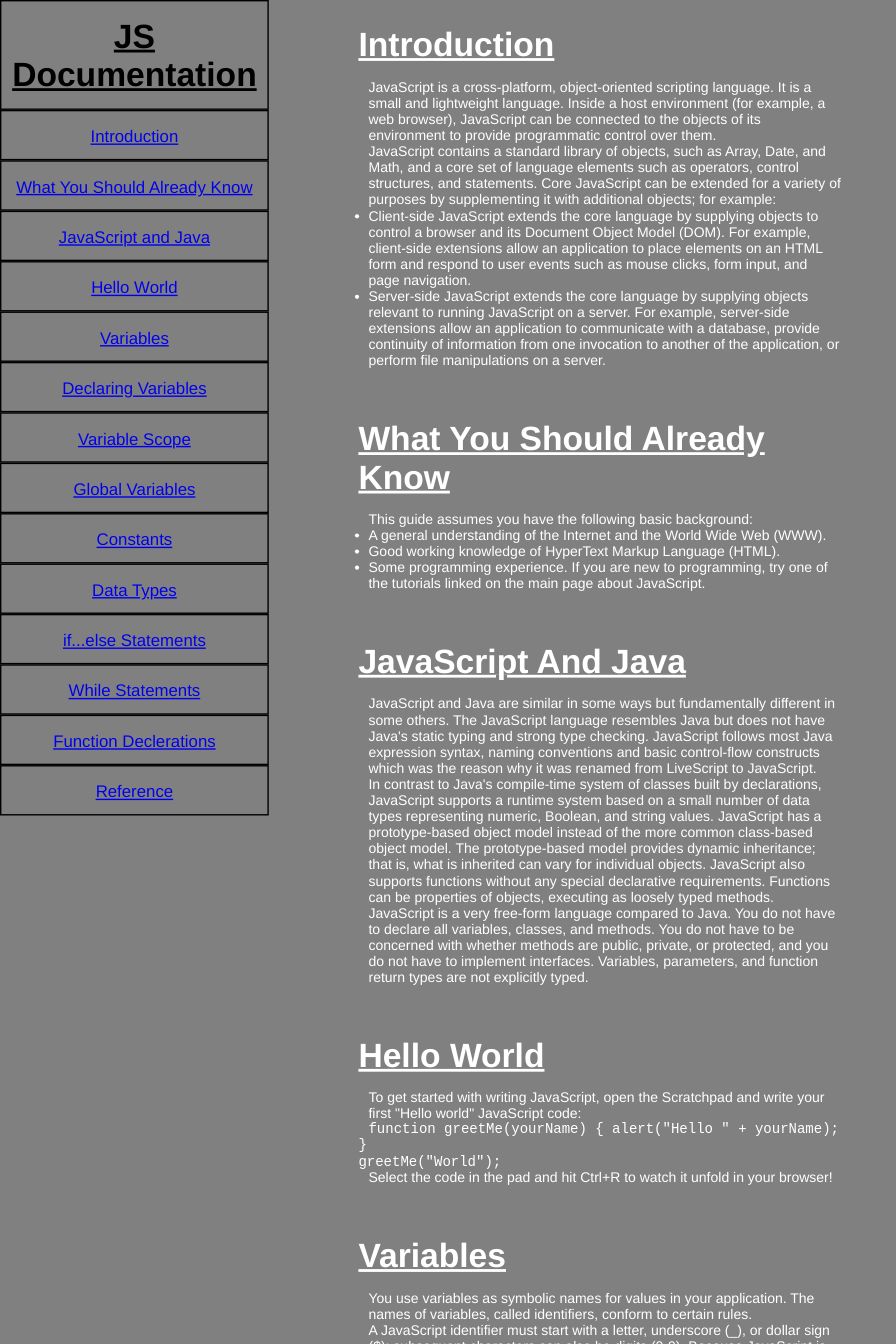
Repository: ctcoleman/technicalDocumentationPage
Page: index.html
The author's editor kept a copy of each file at every save. The page is drawn from the files as they stood at one save, then again after a run of saves.
The browser window is 1280 px wide. The pictures show the part of the page from y = 0 to 1920 px (the page is 5643 px tall before and 5897 px after), at 70% of full size.

Above is the page before, as saved 2020-07-10 20:04:33.

### index.html
<!DOCTYPE html>
<html lang="en">

<head>
  <meta charset="UTF-8">
  <meta name="viewport" content="width=device-width, initial-scale=1.0">
  <title>FCC: Technical Documentation Page</title>
  <link type="text/css" rel="stylesheet" href="/assets/stylesheets/style.css">
</head>

<body>

  <nav id="navbar">
    <header id="main-heading">
      <h1>JS Documentation</h1>
    </header>
    <div class="nav-container">
      <a class="nav-link" href="#introduction">Introduction</a>
      <a class="nav-link" href="#what_you_should_already_know">What You Should Already Know</a>
      <a class="nav-link" href="#javaScript_and_java">JavaScript and Java</a>
      <a class="nav-link" href="#hello_world">Hello World</a>
      <a class="nav-link" href="#variables">Variables</a>
      <a class="nav-link" href="#declaring_variables">Declaring Variables</a>
      <a class="nav-link" href="#variable_scope">Variable Scope</a>
      <a class="nav-link" href="#global_variables">Global Variables</a>
      <a class="nav-link" href="#constants">Constants</a>
      <a class="nav-link" href="#data_types">Data Types</a>
      <a class="nav-link" href="#if...else_statements">if...else Statements</a>
      <a class="nav-link" href="#while_statements">While Statements</a>
      <a class="nav-link" href="#function_declerations">Function Declerations</a>
      <a class="nav-link" href="#reference">Reference</a>
    </div>
  </nav>

  <main id="main-doc">

    <section class="main-section" id="introduction">
      <header class="topic-header">
        <h2>Introduction</h2>
      </header>
      <article>
        <p>
          JavaScript is a cross-platform, object-oriented scripting language. It is a small and lightweight language.
          Inside a host environment (for example, a web browser), JavaScript can be connected to the objects of its
          environment to provide programmatic control over them.
        </p>
        <p>
          JavaScript contains a standard library of objects, such as Array, Date, and Math, and a core set of language
          elements such as operators, control structures, and statements. Core JavaScript can be extended for a variety
          of purposes by supplementing it with additional objects; for example:
        <ul>
          <li>Client-side JavaScript extends the core language by supplying objects to control a browser and its
            Document Object Model (DOM). For example, client-side extensions allow an application to place elements on
            an HTML form and respond to user events such as mouse clicks, form input, and page navigation.</li>
          <li>Server-side JavaScript extends the core language by supplying objects relevant to running JavaScript on a
            server. For example, server-side extensions allow an application to communicate with a database, provide
            continuity of information from one invocation to another of the application, or perform file manipulations
            on a server.</li>
        </ul>
        </p>
      </article>
    </section>

    <section class="main-section" id="what_you_should_already_know">
      <header class="topic-header">
        <h2>What You Should Already Know</h2>
      </header>
      <article>
        <p>
          This guide assumes you have the following basic background:
        <ul>
          <li>A general understanding of the Internet and the World Wide Web (WWW).
          </li>
          <li>Good working knowledge of HyperText Markup Language (HTML).
          </li>
          <li>Some programming experience. If you are new to programming, try one of the tutorials linked on the main
            page about JavaScript.
          </li>
        </ul>
        </p>
      </article>
    </section>

    <section class="main-section" id="javaScript_and_java">
      <header class="topic-header">
        <h2>JavaScript And Java</h2>
      </header>
      <article>
        <p>
          JavaScript and Java are similar in some ways but fundamentally different in some others. The JavaScript
          language resembles Java but does not have Java's static typing and strong type checking. JavaScript follows
          most Java expression syntax, naming conventions and basic control-flow constructs which was the reason why it
          was renamed from LiveScript to JavaScript.
        </p>
        <p>
          In contrast to Java's compile-time system of classes built by declarations, JavaScript supports a runtime
          system based on a small number of data types representing numeric, Boolean, and string values. JavaScript has
          a prototype-based object model instead of the more common class-based object model. The prototype-based model
          provides dynamic inheritance; that is, what is inherited can vary for individual objects. JavaScript also
          supports functions without any special declarative requirements. Functions can be properties of objects,
          executing as loosely typed methods.
        </p>
        <p>
          JavaScript is a very free-form language compared to Java. You do not have to declare all variables, classes,
          and methods. You do not have to be concerned with whether methods are public, private, or protected, and you
          do not have to implement interfaces. Variables, parameters, and function return types are not explicitly
          typed.
        </p>
      </article>
    </section>

    <section class="main-section" id="hello_world">
      <header class="topic-header">
        <h2>Hello World</h2>
      </header>
      <article>
        <p>
          To get started with writing JavaScript, open the Scratchpad and write your first "Hello world" JavaScript
          code:
        </p>
        <code>
          function greetMe(yourName) { alert("Hello " + yourName); }<br>
          greetMe("World");
        </code>
        <p>
          Select the code in the pad and hit Ctrl+R to watch it unfold in your browser!
        </p>
      </article>
    </section>

    <section class="main-section" id="variables">
      <header class="topic-header">
        <h2>Variables</h2>
      </header>
      <article>
        <p>
          You use variables as symbolic names for values in your application. The names of variables, called
          identifiers, conform to certain rules.
        </p>
        <p>
          A JavaScript identifier must start with a letter, underscore (_), or dollar sign ($); subsequent characters
          can also be digits (0-9). Because JavaScript is case sensitive, letters include the characters "A" through "Z"
          (uppercase) and the characters "a" through "z" (lowercase).
        </p>
        <p>
          You can use ISO 8859-1 or Unicode letters such as å and ü in identifiers. You can also use the Unicode escape
          sequences as characters in identifiers. Some examples of legal names are Number_hits, temp99, and _name.
        </p>
      </article>
    </section>

    <section class="main-section" id="declaring_variables">
      <header class="topic-header">
        <h2>Declaring Variables</h2>
      </header>
      <article>
        <p>
          You can declare a variable in three ways:
        </p>
        <p>
          With the keyword var. For example,
          <code> var x = 42</code>
          This syntax can be used to declare both local and global variables.
        </p>
        <p>
          By simply assigning it a value. For example,
          <code>x = 42</code>
          This always declares a global variable. It generates a strict JavaScript warning. You shouldn't use this
          variant.
        </p>
        <p>
          With the keyword let. For example,
          <code>let y = 13</code>
          This syntax can be used to declare a block scope local variable. See Variable scope below.
        </p>
      </article>
    </section>

    <section class="main-section" id="variable_scope">
      <header class="topic-header">
        <h2>Variable Scope</h2>
      </header>
      <article>
        <p>
          When you declare a variable outside of any function, it is called a global variable, because it is available
          to any other code in the current document. When you declare a variable within a function, it is called a local
          variable, because it is available only within that function.
        </p>
        <p>
          JavaScript before ECMAScript 2015 does not have block statement scope; rather, a variable declared within a
          block is local to the function (or global scope) that the block resides within. For example the following code
          will log 5, because the scope of x is the function (or global context) within which x is declared, not the
          block, which in this case is an if statement.
          <code>if (true) { var x = 5; } console.log(x); // 5</code>
        </p>
        <p>
          This behavior changes, when using the let declaration introduced in ECMAScript 2015.
          <code>if (true) { let y = 5; } console.log(y); // ReferenceError: y is not<br>
          defined</code>
        </p>
      </article>
    </section>

    <section class="main-section" id="global_variables">
      <header class="topic-header">
        <h2>Global Variables</h2>
      </header>
      <article>
        <p>
          Global variables are in fact properties of the global object. In web pages the global object is window, so you
          can set and access global variables using the window.variable syntax.
        </p>
        <p>
          Consequently, you can access global variables declared in one window or frame from another window or frame by
          specifying the window or frame name. For example, if a variable called phoneNumber is declared in a document,
          you can refer to this variable from an iframe as parent.phoneNumber.
        </p>
      </article>
    </section>

    <section class="main-section" id="constants">
      <header class="topic-header">
        <h2>Constants</h2>
      </header>
      <article>
        <p>
          You can create a read-only, named constant with the const keyword. The syntax of a constant identifier is the
          same as for a variable identifier: it must start with a letter, underscore or dollar sign and can contain
          alphabetic, numeric, or underscore characters.
          <code>const PI = 3.14;</code>
        </p>
        <p>
          A constant cannot change value through assignment or be re-declared while the script is running. It has to be
          initialized to a value.
          <br>
          The scope rules for constants are the same as those for let block scope variables. If the const keyword is
          omitted, the identifier is assumed to represent a variable.
          <br>
          You cannot declare a constant with the same name as a function or variable in the same scope. For example:
          <code>
            // THIS WILL CAUSE AN ERROR<br> function f() {}; const f = 5;<br> // THIS WILL
            CAUSE AN ERROR ALSO<br> function f() { const g = 5; var g; //statements
            }
          </code>
        </p>
        <p>
          However, object attributes are not protected, so the following statement is executed without problems.

          <code>
            const MY_OBJECT = {"key": "value"}; MY_OBJECT.key = "otherValue";
          </code>
        </p>
      </article>
    </section>

    <section class="main-section" id="data_types">
      <header class="topic-header">
        <h2>Data Types</h2>
      </header>
      <article>
        <p>
          The latest ECMAScript standard defines seven data types:
        <ul>
          <li>Six data types that are primitives:</li>
          <ul>
            <li>Boolean. true and false.</li>
            <li>null. A special keyword denoting a null value. Because JavaScript is case-sensitive, null is not the
              same as Null, NULL,
              or any other variant.</li>
            <li>undefined. A top-level property whose value is undefined.</li>
            <li>Number. 42 or 3.14159.</li>
            <li>String. "Howdy"</li>
            <li>Symbol (new in ECMAScript 2015). A data type whose instances are unique and immutable.</li>
          </ul>
          <li>and Object</li>
        </ul>
        </p>
        <p>

        </p>
      </article>
    </section>

    <section class="main-section" id="if...else_statements">
      <header class="topic-header">
        <h2>if...else Statements</h2>
      </header>
      <article>
        <p>
        <ul>
          <li></li>
          <li></li>
        </ul>
        </p>
        <p>

        </p>
      </article>
    </section>

    <section class="main-section" id="while_statements">
      <header class="topic-header">
        <h2>While Statements</h2>
      </header>
      <article>
        <p>
          A while statement executes its statements as long as a specified condition evaluates to true. A while
          statement looks as
          follows:
          <code>while (condition) statement</code>
        </p>
        <p>
          If the condition becomes false, statement within the loop stops executing and control passes to the statement
          following the loop.
          <br>
          The condition test occurs before statement in the loop is executed. If the condition returns true, statement
          is executed and the condition is tested again. If the condition returns false, execution stops and control is
          passed to the statement following while.
        </p>
        <p>
          IfTo execute multiple statements, use a block statement ({ ... }) to group those statements.
          <br>
          Example:
          <br>
          The following while loop iterates as long as n is less than three:
          <code>
            var n = 0; var x = 0; while (n < 3) { n++; x +=n; }
          </code>
        </p>
        <p>
          With each iteration, the loop increments n and adds that value to x. Therefore, x and n take on the following
          values:
        <ul>
          <li>
            After the first pass: n = 1 and x = 1\
          </li>
          <li>
            After the second pass: n = 2 and x = 3
          </li>
          <li>
            After the third pass: n = 3 and x = 6
          </li>
        </ul>
        After completing the third pass, the condition n < 3 is no longer true, so the loop terminates. </p>
      </article>
    </section>

    <section class="main-section" id="function_declerations">
      <header class="topic-header">
        <h2>Function Declerations</h2>
      </header>
      <article>
        <p>
          A function definition (also called a function declaration, or function statement) consists of the function
          keyword, followed by:
        <ul>
          <li>The name of the function.</li>
          <li>A list of arguments to the function, enclosed in parentheses and separated by commas.</li>
          <li>The JavaScript statements that define the function, enclosed in curly brackets, { }</li>
        </ul>
        </p>
        For example, the following code defines a simple function named square:
        <code>function square(number) { return number * number; }</code>
        The function square takes one argument, called number. The function consists of one statement that says to
        return the
        argument of the function (that is, number) multiplied by itself. The return statement specifies the value
        returned by
        the function.
        <code>return number * number;</code>

        <p>
          Primitive parameters (such as a number) are passed to functions by value; the value is passed to the function,
          but if the function changes the value of the parameter, this change is not reflected globally or in the
          calling function.
        </p>
      </article>
    </section>

    <section class="main-section" id="reference">
      <header class="topic-header">
        <h2>Reference</h2>
      </header>
      <article>
        <p>
          All the documentation in this page is taken from MDN
          <p />
      </article>
    </section>

    <footer id="footer-wrapper">
      <span>Copywright &copy; Coleman Sites</span>
    </footer>
  </main>
  <script src="https://cdn.freecodecamp.org/testable-projects-fcc/v1/bundle.js"></script>
</body>

</html>

### assets/stylesheets/style.css
/** Basic Styling **/
* {
  margin: 0;
  padding: 0;
  outline: 0;
  box-sizing: border-box;
}

body {
 background: grey;
 color: white;
 -webkit-font-smoothing: antialiased;
 display: flex;
}

body,
input,
button {
 font-size: 62.5%;
 font-family: 'Helvetica';
}

button {
 cursor: pointer;
}

/** NavBar Styling **/
#navbar {
  width: 30vw;
}

/** Heading Stying **/

#main-heading {
  padding: 3vh 1vw;
  width: 30vw;
  text-align: center;
  text-decoration: underline;
  color: black;
  border: 2px solid black;
}

#main-heading h1 {
  font-size: 3rem;
}

/** Navigation Links Styling **/

.nav-container {
  text-align: center;
  position: fixed;
  left: 0;
  display: flex;
  flex-direction: column;
}

.nav-container .nav-link {
  display: inline-block;
  width: 30vw;
  height: 10vh;
  padding: 3vh 1vw;
  border: 2px solid black;
  font-size: 1.5rem;
}

/** Main Content Styling **/

#main-doc {
  display: flex;
  flex-direction: column;
}

.main-section {
  padding: 5vh 5vw;
  width: 65vw;
  margin-left: 5vw;
}

.main-section .topic-header {
  font-size: 2rem;
  text-decoration: underline;
  margin-bottom: 3vh;
}

.main-section article p,
.main-section article li,
.main-section article code {
  font-size: 1.25rem;
  margin: 0 2vh;
}
/** Footer Styling **/

After the next 2 saves:
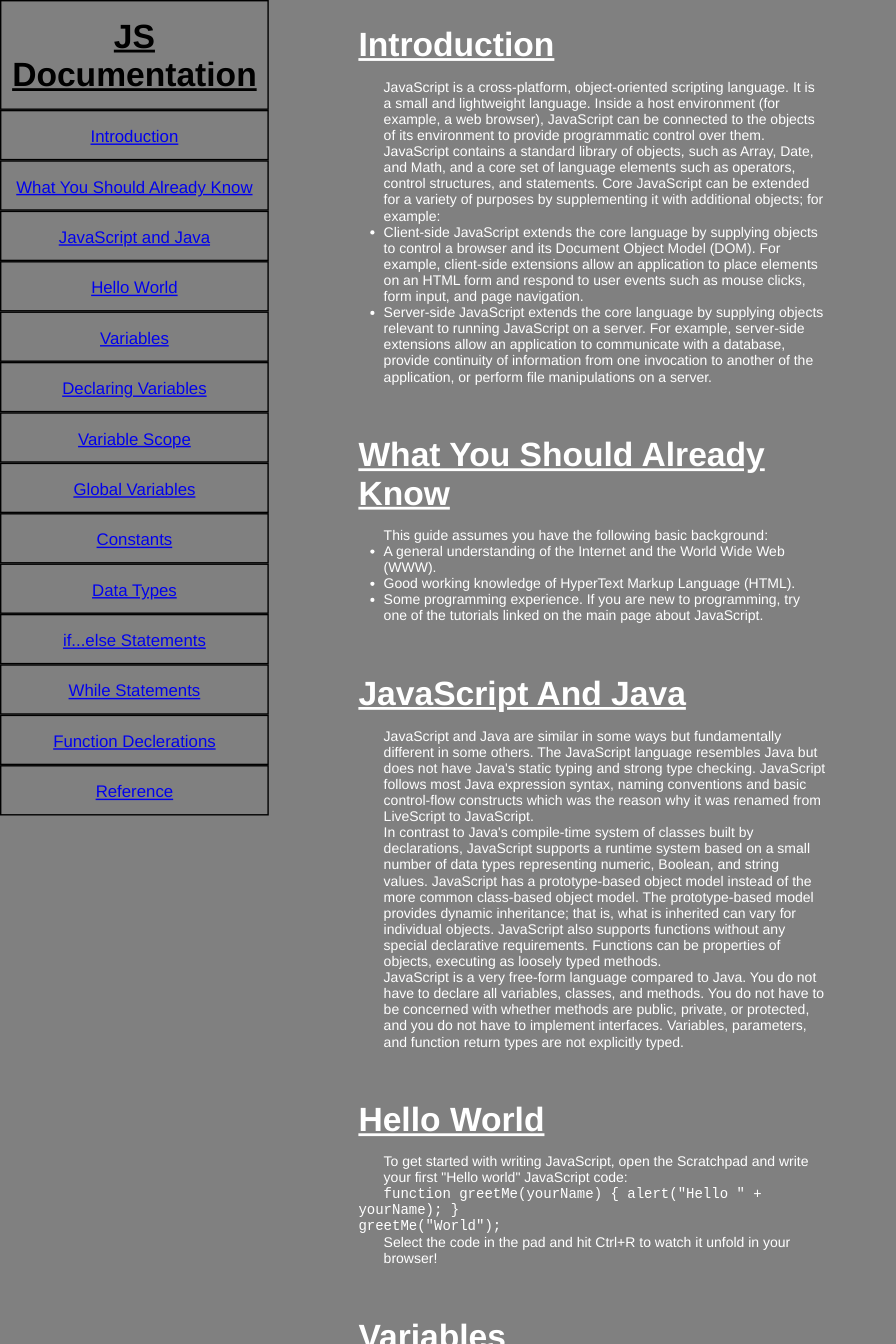
The 2 saves are shown as one change because they came seconds apart.
The last was saved 7 s later.
--- a/assets/stylesheets/style.css
+++ b/assets/stylesheets/style.css
@@ -86,6 +86,6 @@ button {
 .main-section article li,
 .main-section article code {
   font-size: 1.25rem;
-  margin: 0 2vh;
+  margin: 0 5vh;
 }
 /** Footer Styling **/
